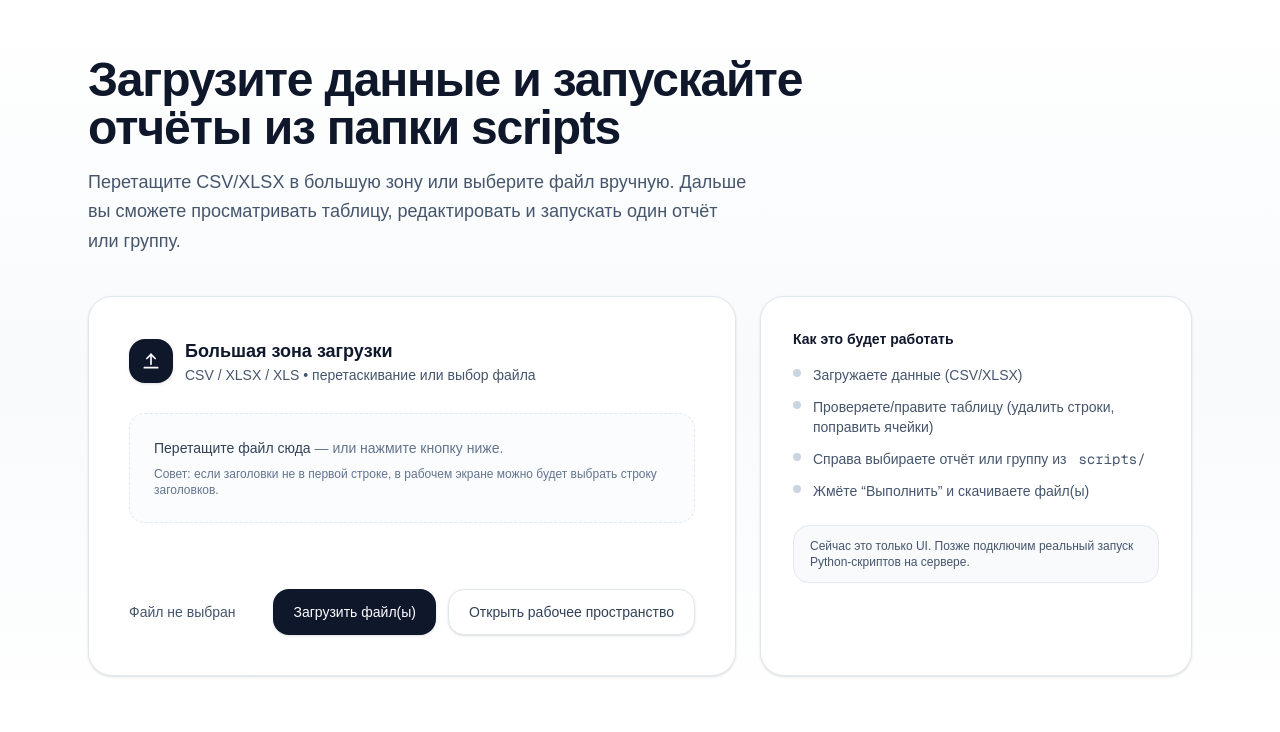
Repository: vladzap2423/report_studio_v2
Page: /
An editor plug-in stored every save of this project. The page is shown before and after the next save, followed by the edit.
The browser window is 1280 px wide. The pictures show the whole page.
The project was rebuilt for these pictures with package versions that can differ from the ones it lists, and the page was loaded fresh each time. The framework's server and built-in components were replaced by stand-ins that run in the browser. Also part of the build but not shown: next.config.ts.

Above is the page before, as saved 2026-02-11 14:48:43.

After the next save:
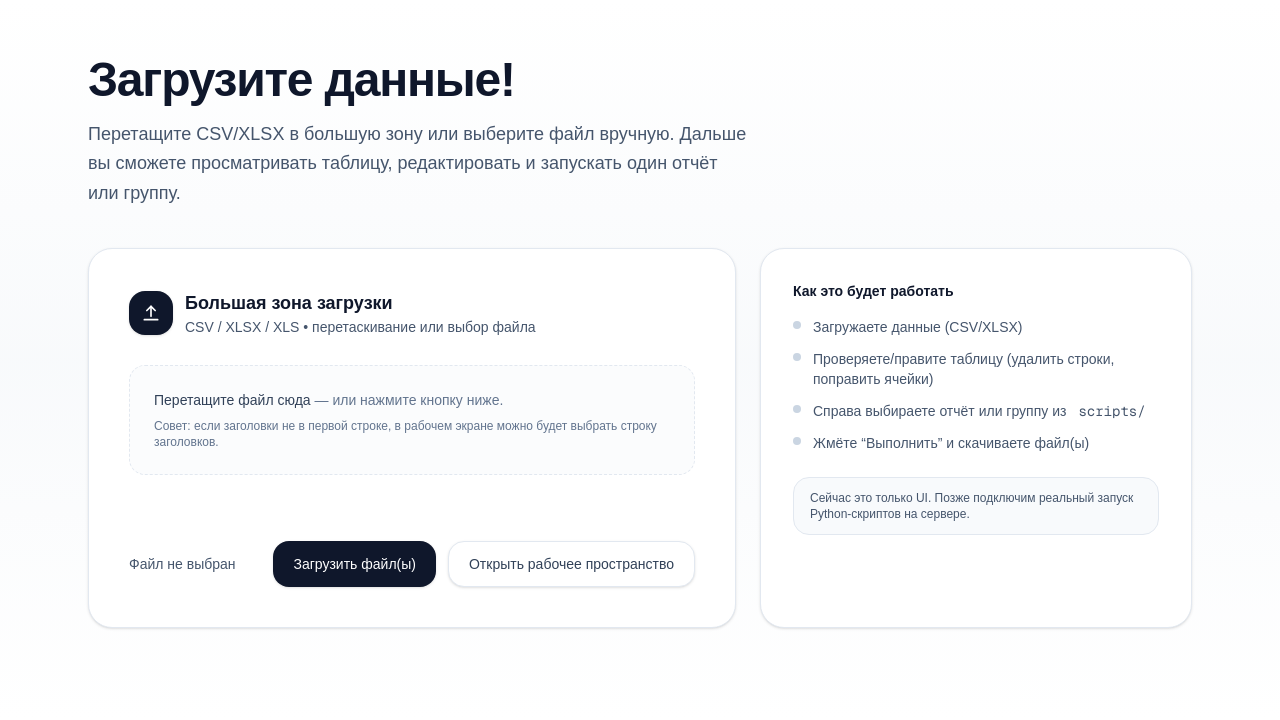
Saved 14 s later.
--- a/src/app/page.tsx
+++ b/src/app/page.tsx
@@ -114,7 +114,7 @@ export default function HomePage() {
       <div className="mx-auto max-w-6xl px-6 py-14">
         <header className="flex flex-col gap-4">
           <h1 className="text-balance text-4xl font-semibold tracking-tight text-slate-900 sm:text-5xl">
-            Загрузите данные и запускайте отчёты из папки scripts
+            Загрузите данные!
           </h1>
 
           <p className="max-w-2xl text-pretty text-base leading-relaxed text-slate-600 sm:text-lg">
